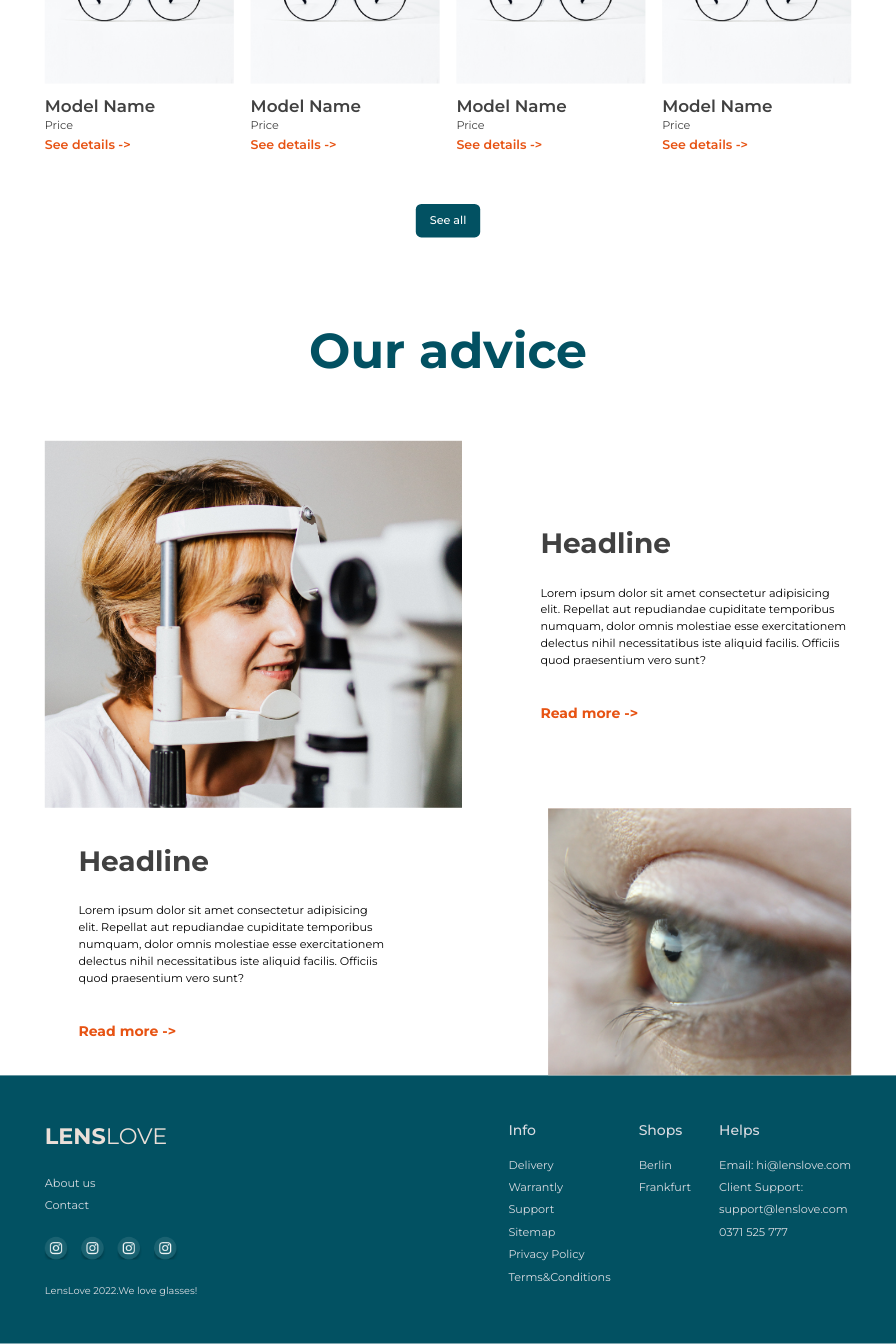
Repository: thienthanhvinh/glasses-react
Page: /
An editor plug-in stored every save of this project. The page is shown before and after the next save, followed by the edit.
The browser window is 1280 px wide. The pictures show the part of the page from y = 3725 to 5645 px (the page is 5645 px tall), at 70% of full size.
The project was rebuilt for these pictures with package versions that can differ from the ones it lists, and the page was loaded fresh each time. Also part of the build but not shown: src/App.css, src/components/common/FormGroup.js, src/components/input/Input.js, src/components/label/Label.js, src/hooks/useDarkMode.js, src/layout/LayoutAuthentication.js, src/components/icons/IconEyeToggle.js, src/pages/SignInPage.js and 1 more.

Above is the page before, as saved 2023-02-13 10:32:07.

After the next save:
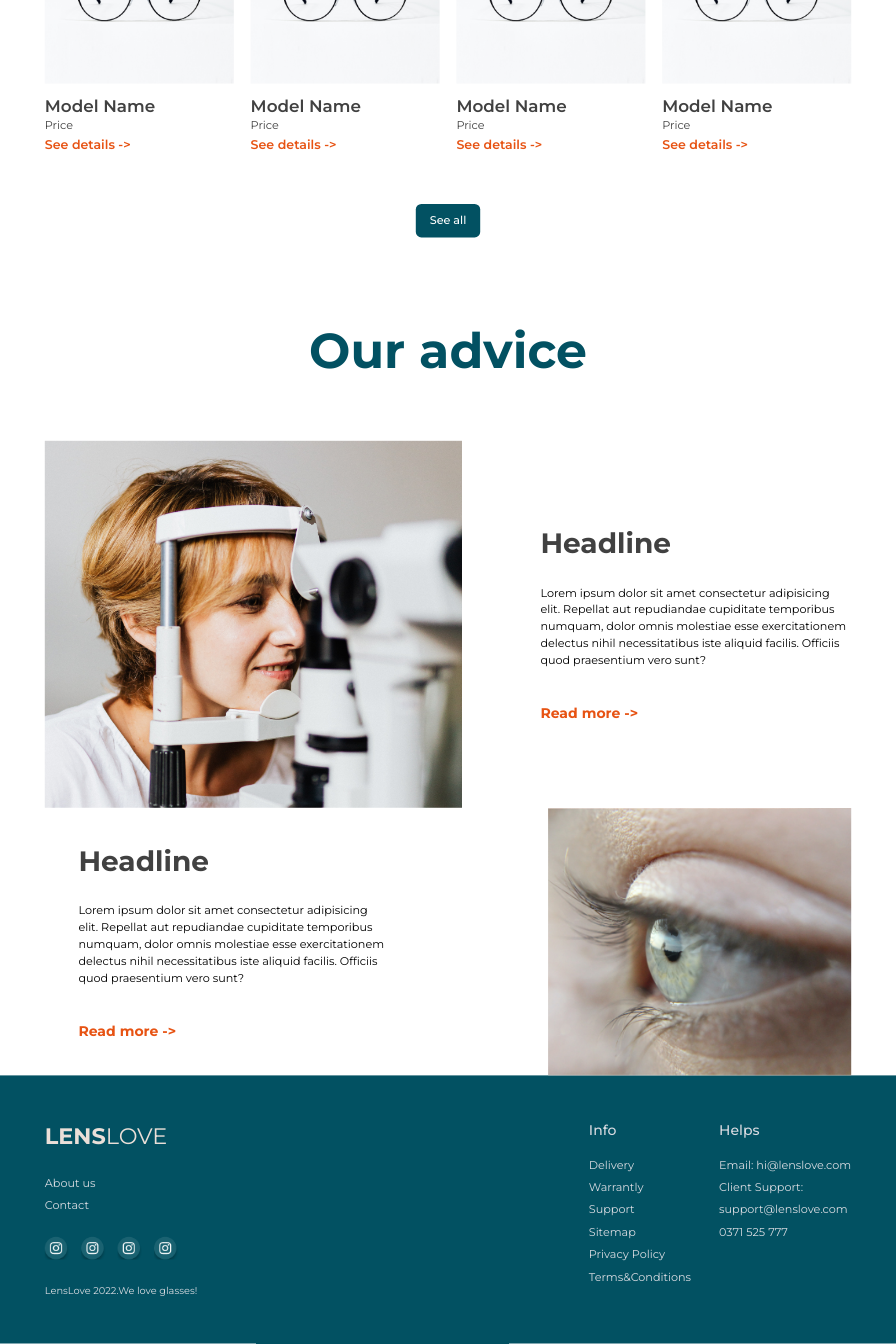
Saved 21 s later.
--- a/src/layout/LayoutFooter.js
+++ b/src/layout/LayoutFooter.js
@@ -45,13 +45,6 @@ const LayoutFooter = () => {
           </div>
         </div>
         <div>
-          <h3 className="font-medium text-xl mb-6">Shops</h3>
-          <div className="flex flex-col gap-y-2">
-            <p>Berlin</p>
-            <p>Frankfurt</p>
-          </div>
-        </div>
-        <div>
           <h3 className="font-medium text-xl mb-6">Helps</h3>
           <div className="flex flex-col gap-y-2">
             <p>Email: hi@lenslove.com</p>
